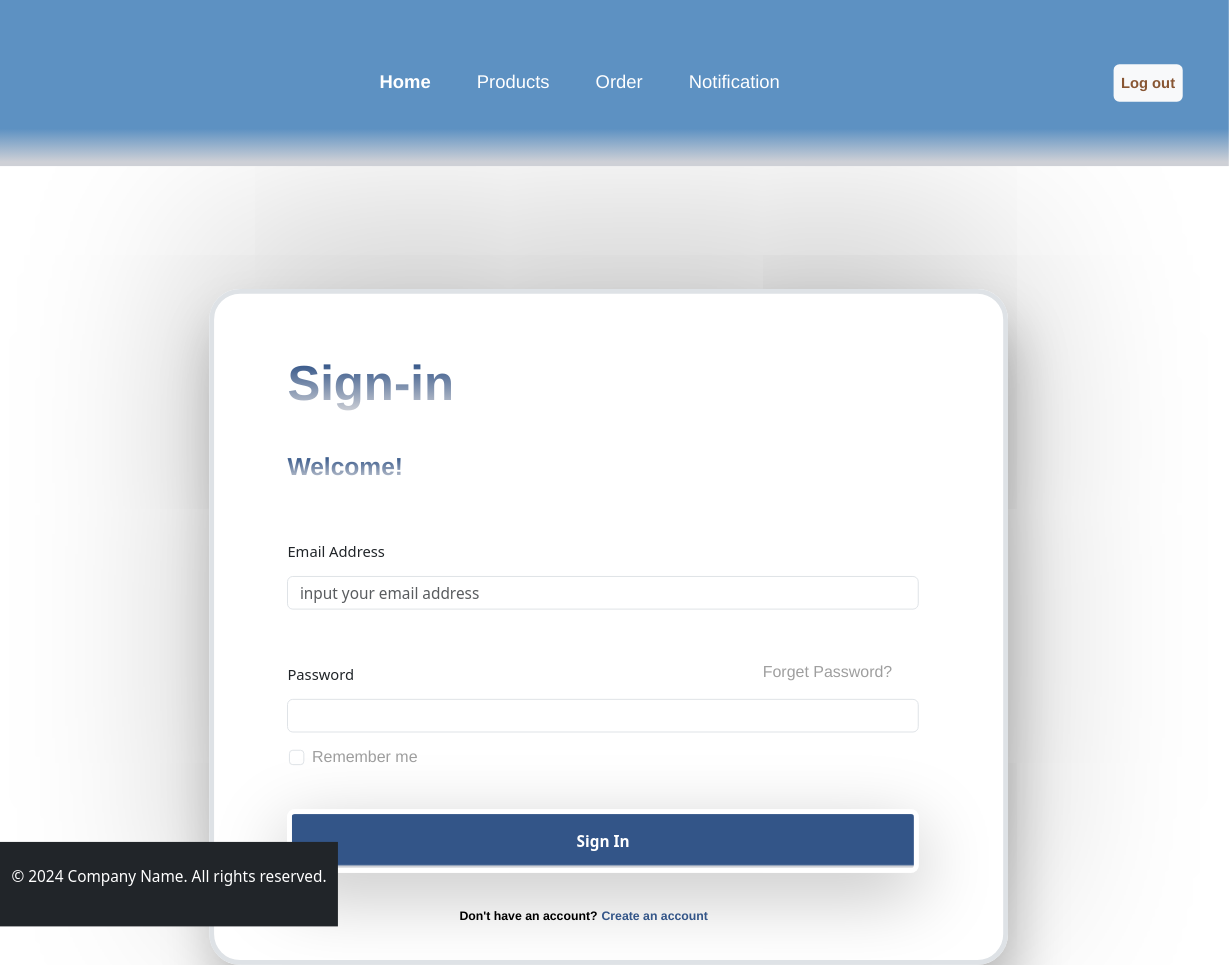
Repository: OVictor21/inventory
Page: /
These files come from the project's save history. The page is drawn as it stood at one moment and after the next save; the edit follows.
The browser window is 1280 px wide. The pictures show the whole page, at 96% of full size.
The project was rebuilt for these pictures with package versions that can differ from the ones it lists, and the page was loaded fresh each time.

Above is the page before, as saved 2024-12-14 09:54:18.

### src/index.css

nav {
  background-color: transparent;
  background: linear-gradient(180deg, rgb(93, 145, 194) 77.5%, rgb(206, 208, 214) 97.5%);

}

.navbar-brand img {
  max-width: 10vw;
  min-width: 5vw;
}

.nav-link.nav-text-current {
  font-family: "Montserrat", Helvetica;
  font-weight: 700;
  color: #ffffff;
  font-size: 1.5vw;
}

.nav-link.nav-text {
  font-family: "Montserrat", Helvetica;
  font-weight: 400;
  color: #ffffff;
  font-size: 1.5vw;
}

.nav-link.nav-text-2 {
  font-family: "Montserrat", Helvetica;
  font-weight: 600;
  color: rgb(136, 86, 51);
  font-size: 1.2vw;
}

.background {
  background-color: #000021;
}

/* .background-image {
  background-image: url('/public/back.png');
  background-size: cover;
  background-repeat: no-repeat;
  background-position: center;
  min-height: 100vh;
  color: white;
} */

.sign-in{
  width: 65vw;
  height: 55vw;
  box-shadow: 7px 37px 55px #00000040, 0px -54px 200px #00000040;
  left: 17vw;
  top: 10vw;
  overflow: hidden;
}


.text{
  top: 5vw;
  left: 6vw;
  background: linear-gradient(180deg, rgb(51, 85, 136) 13.5%, rgb(206, 208, 214) 100%);
  -webkit-background-clip: text !important;
  background-clip: text;
  -webkit-text-fill-color: transparent;
  text-fill-color: transparent;
  font-family: "Montserrat-Bold", Helvetica;
  font-weight: 700;
  color: transparent;
  font-size: 4vw;
  letter-spacing: 0;
  line-height: normal;
}



.text-wrapper-8 {
  background: linear-gradient(180deg, rgb(51, 85, 136) 13.5%, rgb(206, 208, 214) 100%);
  -webkit-background-clip: text !important;
  background-clip: text;
  -webkit-text-fill-color: transparent;
  text-fill-color: transparent;
  font-family: "Montserrat-Bold", Helvetica;
  font-weight: 600;
  color: transparent;
  font-size: 2vw;
  letter-spacing: 0;
  line-height: normal;
  top: 13vw;
  left: 6vw;
}

.email-text{
  font-size: 1.2vw;
}

.email{
  top: 20vw;
  left: 6vw;
}

.email-in{
  top: 23vw;
  left: 6vw;
  width: 80%;
  max-width: 80%;
  height: 5%;
}

.pass{
  top: 30vw;
  left: 6vw;
}

.pass-in{
  top: 33vw;
  left: 6vw;
  width: 80%;
  max-width: 80%;
  height: 5%;

}

.text-wrapper-7{
  font-family: "Montserrat-Regular", Helvetica;
  font-weight: 400;
  color: #00000061;
  font-size: 1.3vw;
  letter-spacing: 0;
  line-height: normal;
  top: 30vw;
  text-decoration: none;
  right: 9vw;
}

.form-check-label{
  font-family: "Montserrat-Regular", Helvetica;
  font-weight: 400;
  color: #00000061;
  font-size: 1.3vw;
  letter-spacing: 0;
  line-height: normal;
  top: 37vw;
  left: 8vw;
}

.form-check-input{
  top: 36.8vw;
  left: 8vw;

}

.sign-btn{
  background: linear-gradient(180deg, rgb(51, 85, 136) 93.5%, rgb(206, 208, 214) 97%);
  font-family: "Montserrat-Bold", Helvetica;
  font-weight: 700;
  font-size: 4vw;
  letter-spacing: 0;
  line-height: normal;
  width: 80%;
  top: 42vw;
  left: 6vw;
  box-shadow: 0px 22px 75px #00000040;
}

.acct{
  font-family: "Montserrat-Regular", Helvetica;
  font-weight: 700;
  color: #000000;
  font-size: 1vw;
  letter-spacing: 0;
  line-height: normal;
  top: 50vw;
  left: 20vw;
}

.acct-1{
  font-family: "Montserrat-Bold", Helvetica;
  font-weight: 700;
  color: rgb(51, 85, 136);
  font-size: 1vw;
  text-decoration: none;
  letter-spacing: 0;
  line-height: normal;
  top: 50vw;
  right: 24vw;
}



.pass-text{
font-size: 1.2vw;
}

.footer{
  background-color: rgb(51, 85, 136);

  top: 10vw;


}

.copyright-text {
  top: 50vw;
  right: 24vw;
  font-family: "Montserrat", Helvetica;
  font-weight: 400;
  color: rgb(136, 86, 51);
  font-size: 2vw;
}

### src/App.js
import Navbar from './navbar';
import 'bootstrap/dist/css/bootstrap.min.css';
import Body from './body';


function App() {
  return (
    <div className="App">
      <Navbar />
      <Body />
    </div>
  );
}

export default App;

### src/navbar.js

const Navbar = () => {
    return (
        <nav className="navbar navbar-expand-md justify-content-center p-5 z-1">
        <button className="navbar-toggler ms-auto" type="button" data-bs-toggle="collapse" data-bs-target="#collapseNavbar">
            <span className="navbar-toggler-icon"></span>
        </button>

        <div className="navbar-collapse collapse" id="collapseNavbar">
            <ul className="navbar-nav justify-content-center w-100 ">
            <li className="nav-item m-3">
                <a className="nav-link nav-text-current" href="/home">Home</a>
            </li>
            <li className="nav-item m-3">
                <a className="nav-link nav-text" href="/products">Products</a>
            </li>
            <li className="nav-item m-3">
                <a className="nav-link nav-text" href="/order">Order</a>
            </li>
            <li className="nav-item m-3">
                <a className="nav-link nav-text" href="/notifications">Notification</a>
            </li>
            </ul>

            <ul className="navbar-nav ms-auto justify-content-end">
            <li className="nav-item bg-light rounded">
                <button className="nav-link nav-text-2 text-nowrap btn btn-link">Log out</button>

            </li>
            </ul>
        </div>
        </nav>



      );
}

export default Navbar;

### src/body.js
import React from 'react';

const Body = () => {
  return (
    <div className="login">

         <form >
        <div class="sign-in position-relative border border-5 rounded-5">
        <div class="mb-3">
            <p class="text position-absolute">Sign-in</p>
            <div class="text-wrapper-8 position-absolute">Welcome!</div>

          <label for="exampleInputEmail1" class="form-label email position-absolute"><span class="email-text"> Email Address</span></label>
          <input type="email" class="form-control email-in position-absolute" id="exampleInputEmail1" aria-describedby="emailHelp" placeholder="input your email address"/>
        </div>
        <div class="mb-3">
          <label for="exampleInputPassword1" class="form-label pass position-absolute"><span class="pass-text">Password</span> </label>
          <input type="password" class="form-control pass-in position-absolute" id="exampleInputPassword1"/>
          <a href="/forgotpassword" class="text-wrapper-7 position-absolute">Forget Password?</a>
        </div>

        <div class="mb-3 form-check">
            <input type="checkbox" class="form-check-input position-absolute" id="exampleCheck1"/>
            <label class="form-check-label position-absolute" for="exampleCheck1">Remember me</label>
          </div>
        <button type="submit" class="btn sign-btn position-absolute border-white border-5 rounded-3 p-3 text-white fw-bold">Sign In</button>
        <p  class="acct position-absolute">Don't have an account?</p> <a href="/createacct" class="acct-1 position-absolute">Create an account</a>


        </div>


    </form>

    <footer className="bg-dark text-white py-4 mt-auto position-absolute">
      <div className="container">
          <div className="col-12 text-center">
            <p>&copy; 2024 Company Name. All rights reserved.</p>
        </div>
      </div>
    </footer>

    </div>
  );
};

export default Body;

Loaded but not shown: public/index.html (common file); src/index.js (common file); src/reportWebVitals.js (common file)

After the next save:
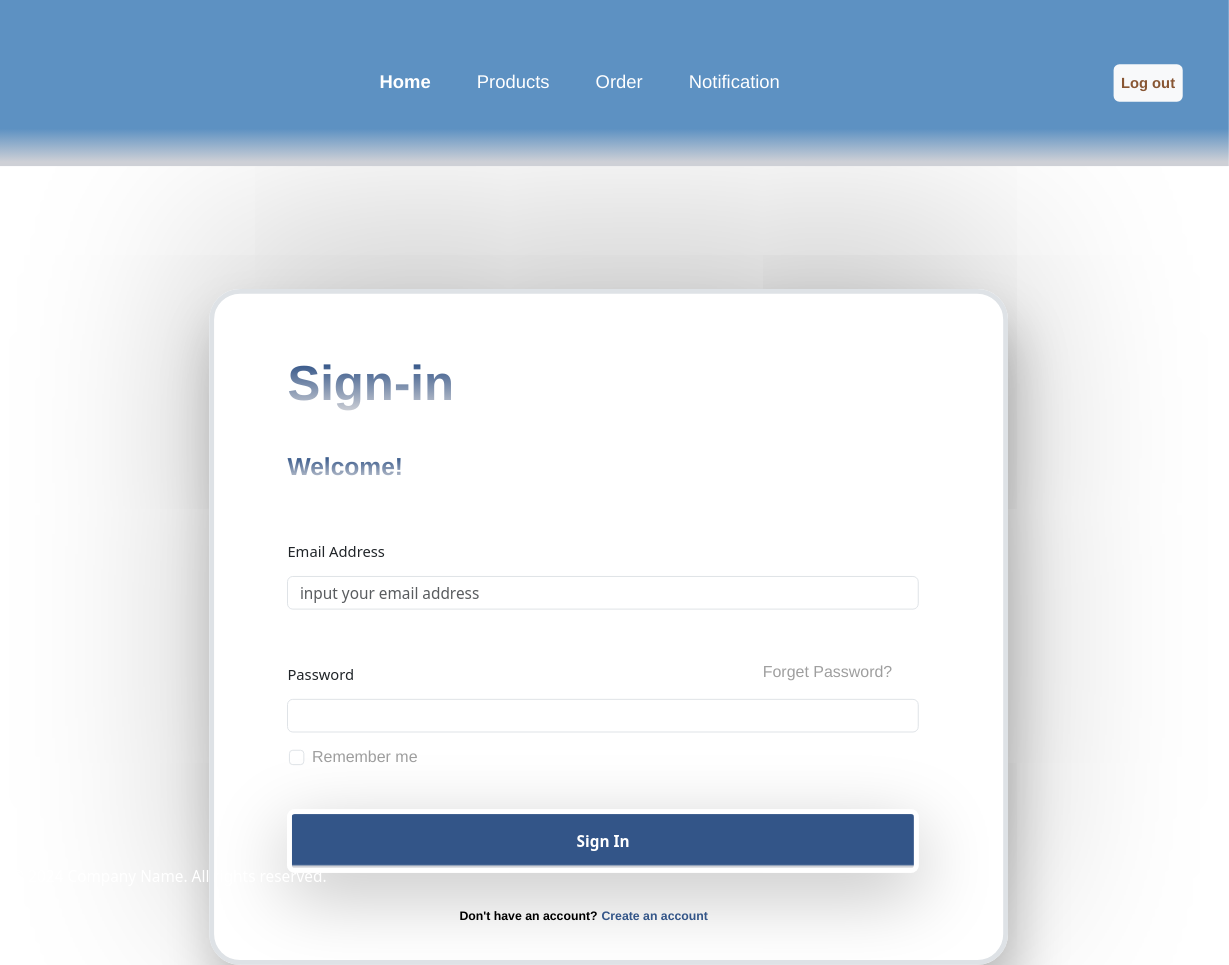
Saved 7 s later.
--- a/src/body.js
+++ b/src/body.js
@@ -32,7 +32,7 @@
 
     </form>
 
-    <footer className="bg-dark text-white py-4 mt-auto position-absolute">
+    <footer className=" text-white py-4 mt-auto position-absolute">
       <div className="container">
           <div className="col-12 text-center">
             <p>&copy; 2024 Company Name. All rights reserved.</p>

After the 2 saves that followed:
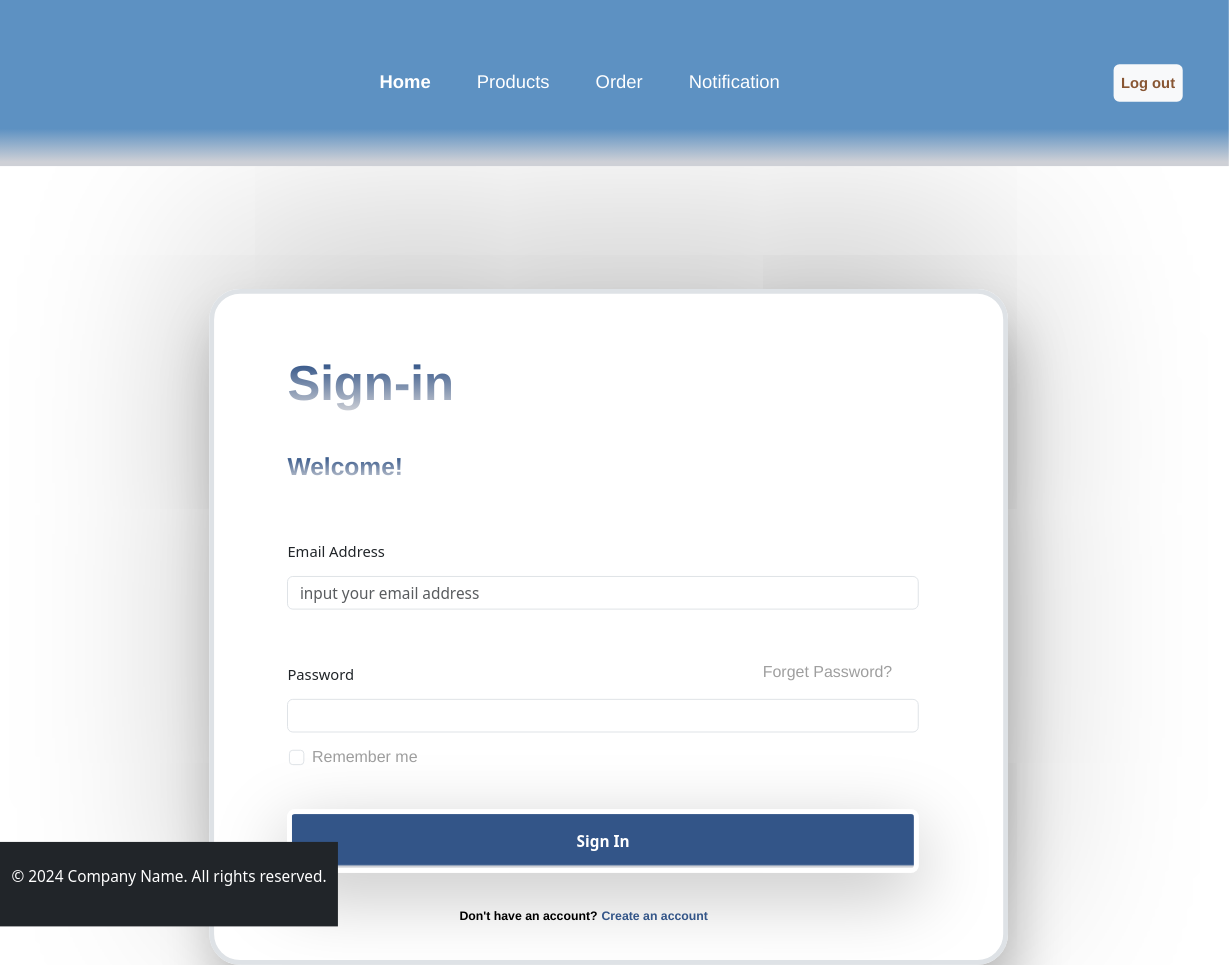
The 2 saves are shown as one change because they came seconds apart.
The last was saved 11 s later.
--- a/src/body.js
+++ b/src/body.js
@@ -32,7 +32,7 @@
 
     </form>
 
-    <footer className=" text-white py-4 mt-auto position-absolute">
+    <footer className="bg-dark text-white py-4 mt-auto position-absolute">
       <div className="container">
           <div className="col-12 text-center">
             <p>&copy; 2024 Company Name. All rights reserved.</p>
